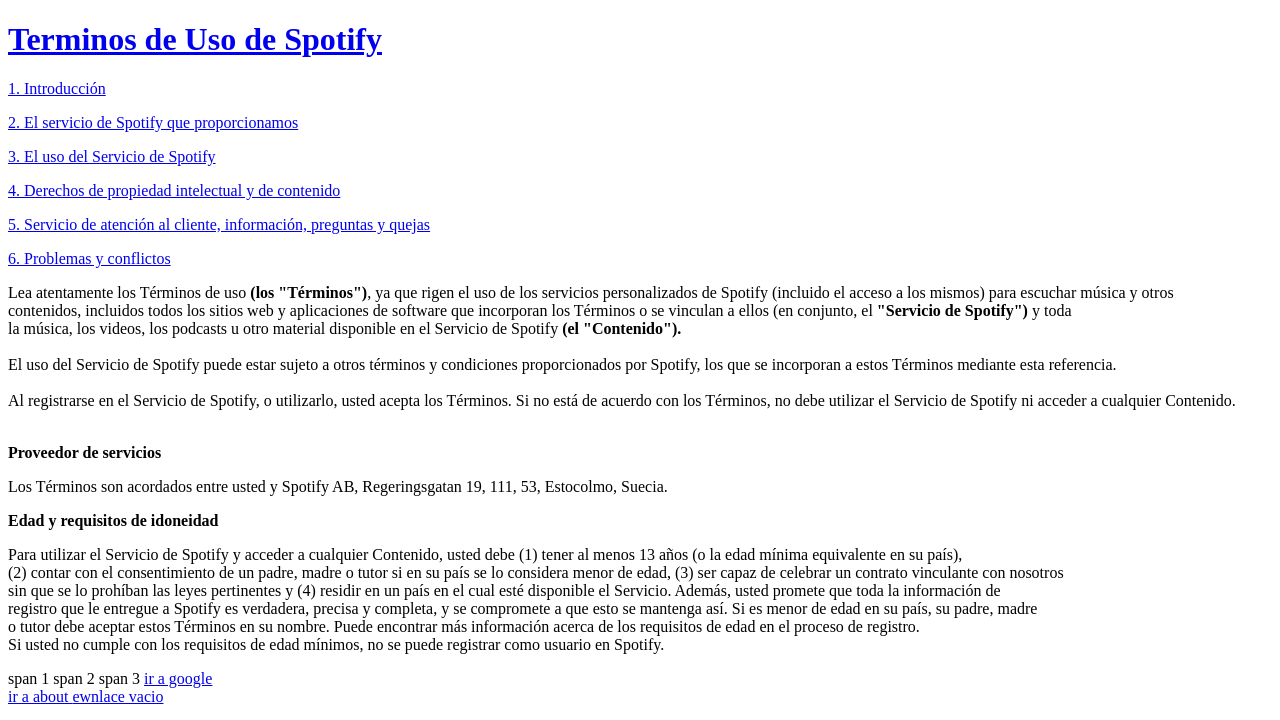
Repository: Devbenitez/Gen_30
Page: Gen_30/maquetado/index.html
An editor plug-in stored every save of this project. The page is shown before and after the next save, followed by the edit.
The browser window is 1280 px wide. The pictures show the whole page.

Above is the page before, as saved 2023-10-31 05:09:30.

### Gen_30/maquetado/index.html
<!DOCTYPE html>
<!-- especificamos el lenguage con el que trabaja nuestra pagina -->
<html lang="es">
  <head>
    <meta charset="UTF-8" />
    <meta name="description" content="Primera pagina del modulo de Maquetado" />
    <meta name="author" content="Daniel Benitez" />
    <title>Maquetado - clase 1</title>
  </head>
  <body>
    <!-- etiquetas contededores -->
    <!-- <div>asdasdasd</div>
    <section>dasdasdasd</section>
    <article>asdasd</article>
    <main>
-->
    <main>
      <!--  etiquetas de texto -->
      <h1>
        <a id= "Terminos de Uso de Spotify" href="#Terminos de Uso de Spotify"> Terminos de Uso de Spotify</a>
    </h1>

      <p>
        <a href="#1. Introducción">1. Introducción</a>
        </p>
      <p>
        <a href="#2. El servicio de Spotify que proporcionamos">2. El servicio de Spotify que proporcionamos</a>
        </p>
      <p>
        <a href="#3. El uso del Servicio de Spotify">3. El uso del Servicio de Spotify</a>
        </p>
      <p>
        <a href="#4. Derechos de propiedad intelectual y de contenido">4. Derechos de propiedad intelectual y de contenido</a>
        </p>
      <p>
        <a href="#5. Servicio de atención al cliente, información, preguntas y quejas">5. Servicio de atención al cliente, información, preguntas y quejas</a>
        </p>
      <p>
        <a href="#6. Problemas y conflictos">6. Problemas y conflictos</a>
        </p>

      <!-- parrafos -->
      <p>
        Lea atentamente los Términos de uso <b>(los "Términos")</b>, ya que rigen el uso de los servicios personalizados de Spotify (incluido el acceso a los mismos) para escuchar música y otros <br />
         contenidos, incluidos todos los sitios web y aplicaciones de software que incorporan los Términos o se vinculan a ellos (en conjunto, el <b>"Servicio de Spotify")</b> y toda <br />
          la música, los videos, los podcasts u otro material disponible en el Servicio de Spotify <b>(el "Contenido").</b><br /><br />
          El uso del Servicio de Spotify puede estar sujeto a otros términos y condiciones proporcionados por Spotify, los que se incorporan a estos Términos mediante esta referencia.
          <br /><br />
          Al registrarse en el Servicio de Spotify, o utilizarlo, usted acepta los Términos. Si no está de acuerdo con los Términos, no debe utilizar el Servicio de Spotify ni acceder a cualquier Contenido.
          <br /><br />
      </p>
      <p><b>Proveedor de servicios</b></p>
      <p>Los Términos son acordados entre usted y Spotify AB, Regeringsgatan 19, 111, 53, Estocolmo, Suecia.</p>
      <p><b>Edad y requisitos de idoneidad</b></p>
      <p>
        Para utilizar el Servicio de Spotify y acceder a cualquier Contenido, usted debe (1) tener al menos 13 años (o la edad mínima equivalente en su país),<br />
        (2) contar con el consentimiento de un padre, madre o tutor si en su país se lo considera menor de edad, (3) ser capaz de celebrar un contrato vinculante con nosotros<br />
        sin que se lo prohíban las leyes pertinentes y (4) residir en un país en el cual esté disponible el Servicio. Además, usted promete que toda la información de<br />
        registro que le entregue a Spotify es verdadera, precisa y completa, y se compromete a que esto se mantenga así. Si es menor de edad en su país, su padre, madre<br />
        o tutor debe aceptar estos Términos en su nombre. Puede encontrar más información acerca de los requisitos de edad en el proceso de registro.<br />
        Si usted no cumple con los requisitos de edad mínimos, no se puede registrar como usuario en Spotify.
      </p>

      <!-- spans -->
      <span> span 1 </span>
      <span> span 2 </span>
      <span> span 3</span>
      <!-- enlaces -->
      <a href="https://www.google.com/" target="_blank"> ir a google </a>
      <br />
      <a href="./pages/about.html"> ir a about </a>
      <a href="#"> ewnlace vacio </a>
      <!-- imagenes
            .jpg | .jpeg
            .png
            .gif
            .svg
            .webp
     -->
        </main>
  </body>
</html>

After the next save:
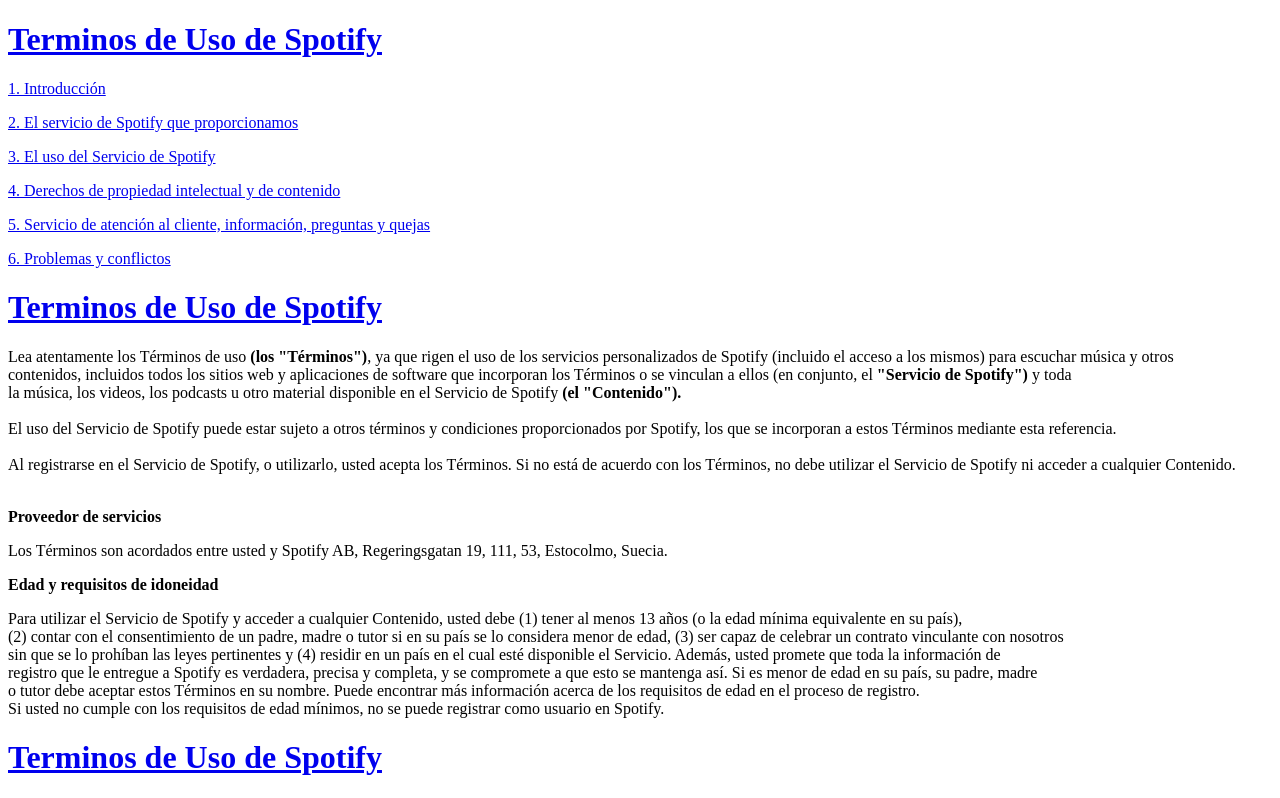
Saved 8 min 6 s later.
--- a/Gen_30/maquetado/index.html
+++ b/Gen_30/maquetado/index.html
@@ -39,6 +39,11 @@
         <a href="#6. Problemas y conflictos">6. Problemas y conflictos</a>
         </p>
 
+        <h1>
+            <a id= "1. Introducción" href="#1. Introducción"> Terminos de Uso de Spotify</a>
+        </h1>
+
+
       <!-- parrafos -->
       <p>
         Lea atentamente los Términos de uso <b>(los "Términos")</b>, ya que rigen el uso de los servicios personalizados de Spotify (incluido el acceso a los mismos) para escuchar música y otros <br />
@@ -60,23 +65,11 @@
         o tutor debe aceptar estos Términos en su nombre. Puede encontrar más información acerca de los requisitos de edad en el proceso de registro.<br />
         Si usted no cumple con los requisitos de edad mínimos, no se puede registrar como usuario en Spotify.
       </p>
+      <h1>
+        <a id= "Terminos de Uso de Spotify" href="#Terminos de Uso de Spotify"> Terminos de Uso de Spotify</a>
+    </h1>
 
-      <!-- spans -->
-      <span> span 1 </span>
-      <span> span 2 </span>
-      <span> span 3</span>
-      <!-- enlaces -->
-      <a href="https://www.google.com/" target="_blank"> ir a google </a>
-      <br />
-      <a href="./pages/about.html"> ir a about </a>
-      <a href="#"> ewnlace vacio </a>
-      <!-- imagenes
-            .jpg | .jpeg
-            .png
-            .gif
-            .svg
-            .webp
-     -->
+
         </main>
   </body>
 </html>
